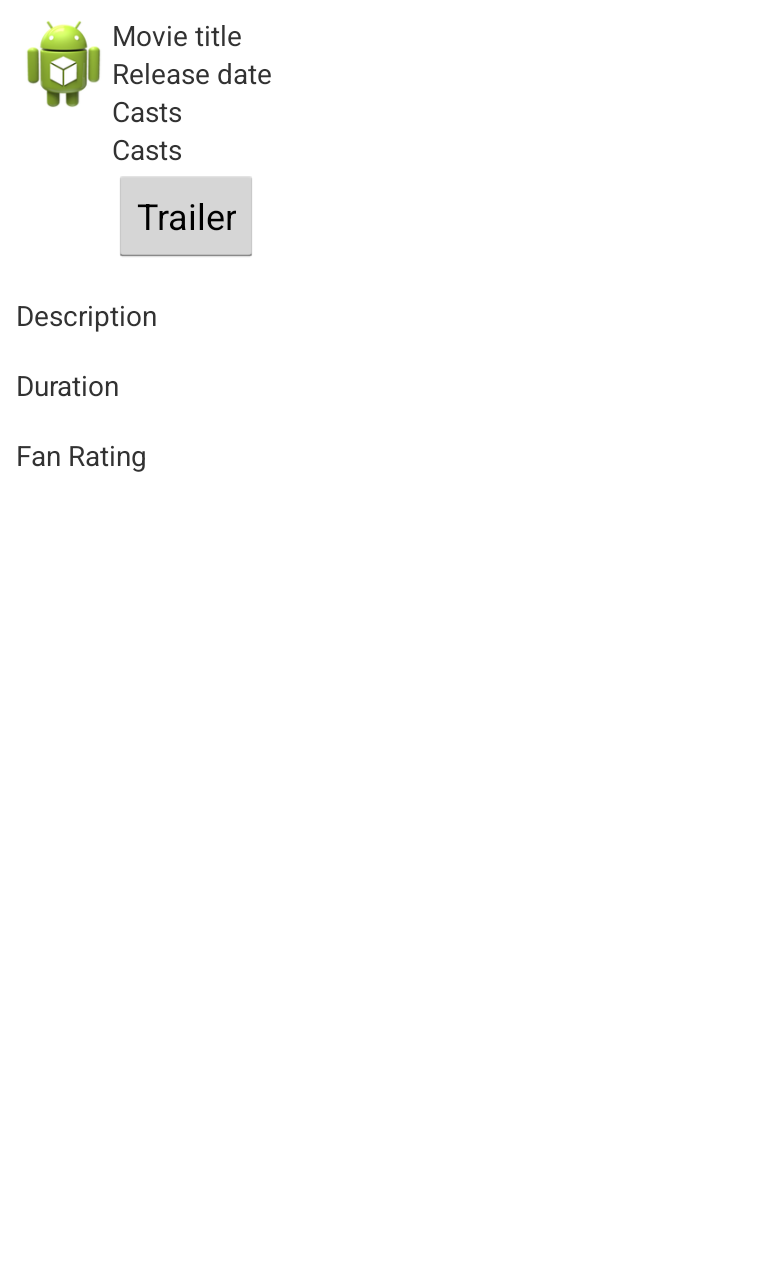
Repository: movieexample12/movieexample
Layout: Movies5/res/layout/details.xml
These files come from the project's save history. The layout is drawn as it stood at one moment and after the next save; the edit follows.
It is drawn on a 768 x 1280 px phone screen (xhdpi) without system bars, with theme AppTheme; the app's code is not run.

Above is the layout before, as saved 2013-01-10 12:29:07.

After the next save:
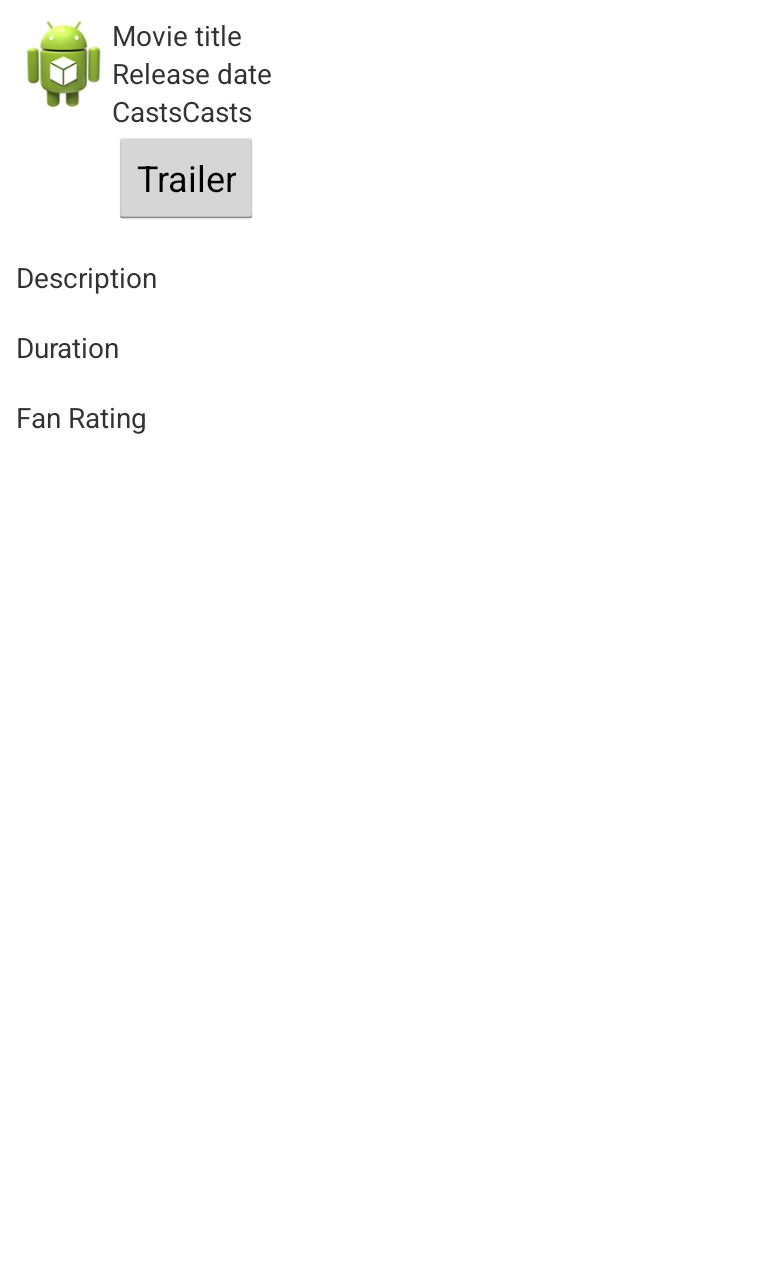
Saved 32 s later.
--- a/Movies5/res/layout/details.xml
+++ b/Movies5/res/layout/details.xml
@@ -30,6 +30,9 @@
 		        android:layout_height="match_parent"
 		        android:gravity="center_vertical"
 		        android:text="@string/release_date"/>
+		    <LinearLayout android:layout_width="fill_parent"
+			    android:layout_height="wrap_content"
+			    android:orientation="horizontal" >
 		    <TextView
 		        android:id="@+id/casts_title"
 		        android:layout_width="wrap_content"
@@ -42,6 +45,7 @@
 		        android:layout_height="wrap_content"
 		        android:gravity="center_vertical"
 		         android:text="@string/casts_title"/>
+		    </LinearLayout>
 		    <Button
 		        android:layout_height="wrap_content"
 			    android:layout_width="wrap_content"
